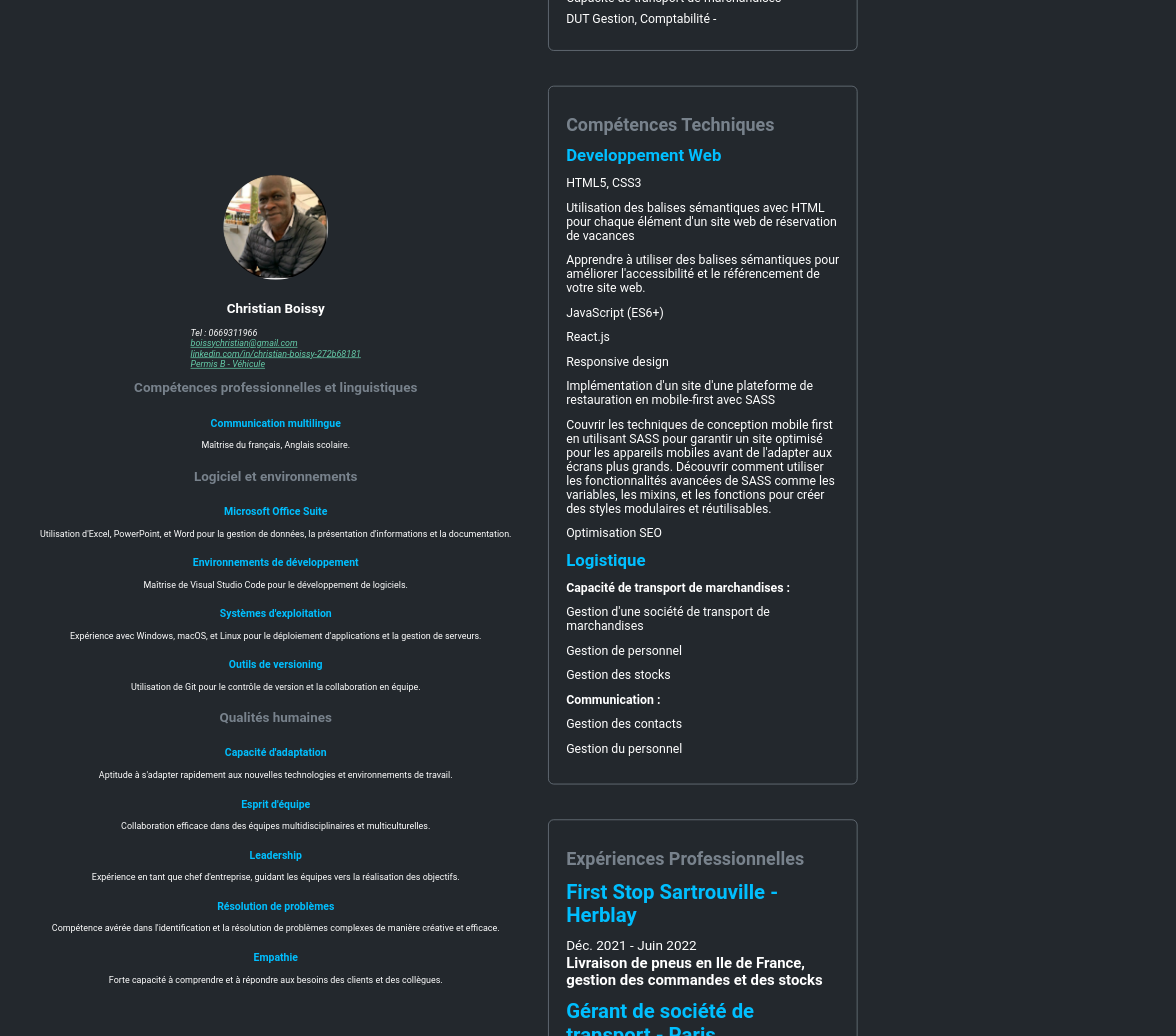
Repository: Christian121966/cv-logistique
Page: /
These files come from the project's save history. The page is drawn as it stood at one moment and after a run of saves; the edit follows.
The browser window is 1280 px wide. The page is 1680 px wide, so the pictures cover 1680 px, including what lies to the right of the window. The pictures show the part of the page from y = 411 to 1891 px (the page is 2462 px tall before and 2517 px after), at 70% of full size.
The project was rebuilt for these pictures with package versions that can differ from the ones it lists, and the page was loaded fresh each time.

Above is the page before, as saved 2024-07-27 19:08:39.

After the next 4 saves:
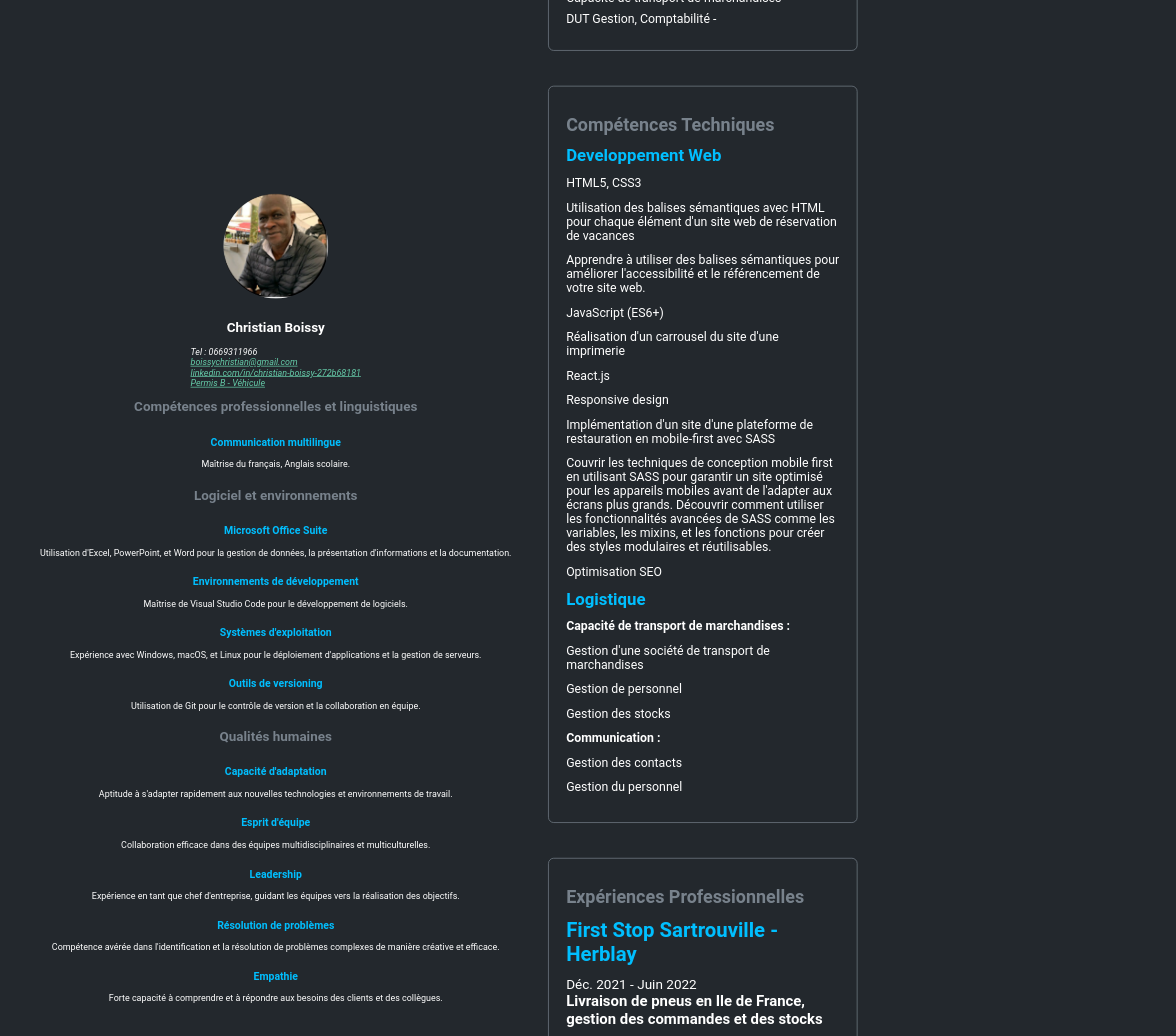
The 4 saves are shown as one change because they came seconds apart.
The last was saved 2 min 55 s later.
--- a/src/data/cvData.js
+++ b/src/data/cvData.js
@@ -18,6 +18,7 @@ const cvData = {
         "Utilisation des balises sémantiques avec HTML pour chaque élément d'un site web de réservation de vacances",
         "Apprendre à utiliser des balises sémantiques pour améliorer l'accessibilité et le référencement de votre site web.",
         "JavaScript (ES6+)",
+        "Réalisation d\'un carrousel du site d\'une imprimerie",
         "React.js",
         "Responsive design",
         "Implémentation d'un site d'une plateforme de restauration en mobile-first avec SASS",
